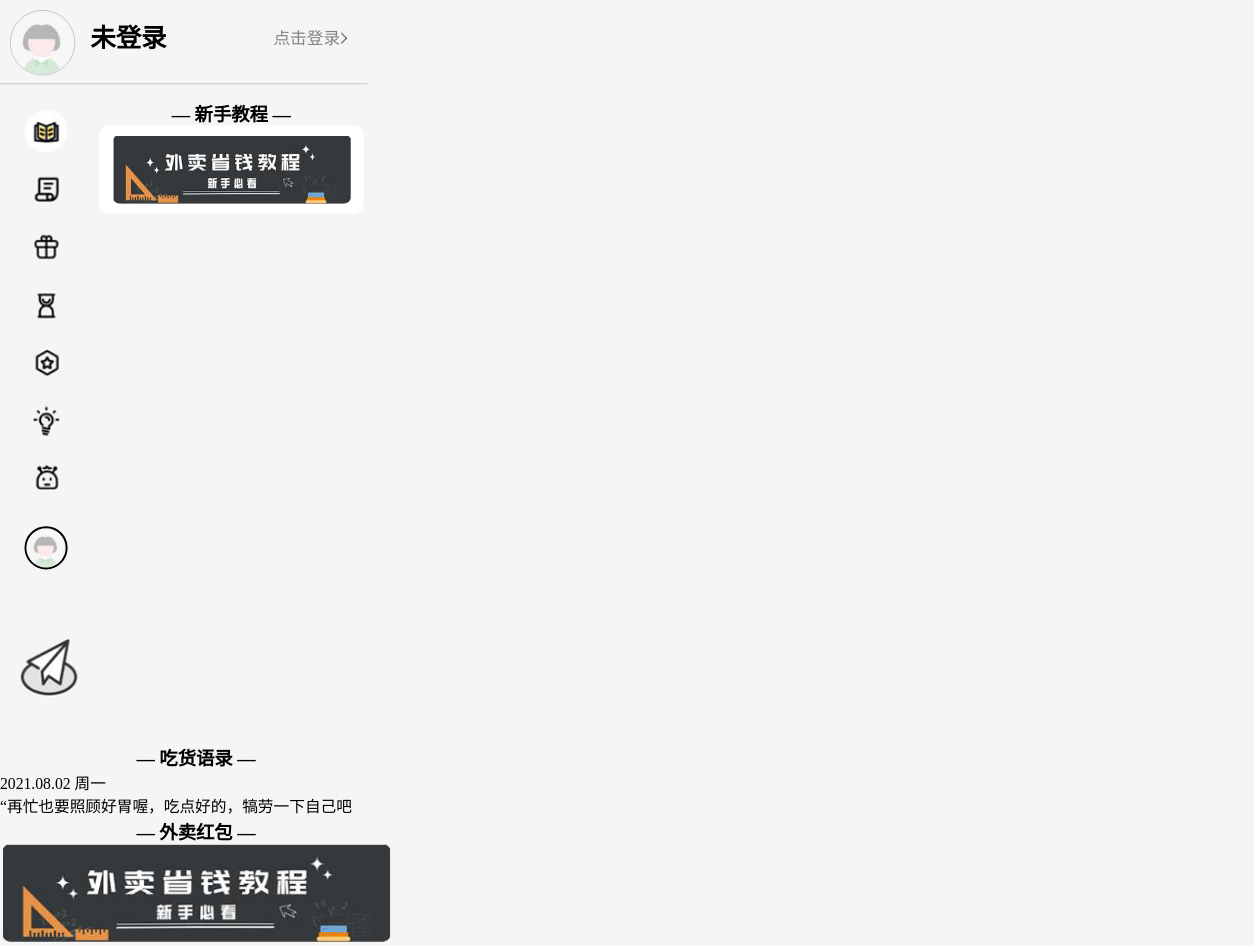
Repository: Privatexiao/projects
Page: Takeout assistant/index.html
The author's editor kept a copy of each file at every save. The page is drawn from the files as they stood at one save, then again after a run of saves.
The browser window is 1280 px wide. The pictures show the whole page, at 98% of full size.

Above is the page before, as saved 2021-08-02 17:02:14.

### Takeout assistant/index.html
<!DOCTYPE html>
<html lang="en">
<head>
    <meta charset="UTF-8">
    <meta http-equiv="X-UA-Compatible" content="IE=edge">
    <meta name="viewport" content="width=device-width, initial-scale=1.0">
    <script src="js/vue.js" type="text/javascript"></script>
    <script src="js/require.js" type="text/javascript"></script>
    <link href="css/index.css"  rel="stylesheet" type="text/css">
    <title>Document</title>
</head>
<body>
    <div id="app">
        <div class="bar">
            <div class="HeadPortrait"><a href="javaScript:"><img :src="userInfo.avatar"></div><span class="NoHeadPortrait">{{NoHeadPortrait}}</span></a>
            <div class="TheLogin">
                <a href="javaScript:">{{HeadPortrait}}<img src="img/Put It away.png"></a>
            </div>
        </div>
        <div class="LeftBar">
            <ul>
                <!-- <li v-for="(item, index) of list"
                    :key="index"
                    :class="{active:index == num}"
                    @click="addClassName(index)"
        >

        <img v-show="num!=index" :class="item.icon" src="img/新手教程.png"></img>
        <img v-show="num==index" :class="item.active" src="img/新手教程two.png"></img>

        <img v-show="num!=index" :class="item.icon" src="img/吃货语录.png"></img>
        <img v-show="num==index" :class="item.active" src="img/吃货语录two.png"></img>

        <img v-show="num!=index" :class="item.icon" src="img/外卖红包.png"></img>
        <img v-show="num==index" :class="item.active" src="img/外卖红包two.png"></img>

        <img v-show="num!=index" :class="item.icon" src="img/饭补活动.png"></img>
        <img v-show="num==index" :class="item.active" src="img/饭补活动two.png"></img>

        <img v-show="num!=index" :class="item.icon" src="img/大作战.png"></img>
        <img v-show="num==index" :class="item.active" src="img/大作战two.png"></img>

        <img v-show="num!=index" :class="item.icon" src="img/今天吃什么.png"></img>
        <img v-show="num==index" :class="item.active" src="img/今天吃什么two.png"></img>

                </li> -->
                <li><a href="#top1"><img src="img/新手教程two.png"></a></li>
                <li><a href="#top2"><img src="img/吃货语录.png"></a></li>
                <li><a href="#top3"><img src="img/外卖红包.png"></a></li>
                <li><a href="#top4"><img src="img/饭补活动.png"></a></li>
                <li><a href="#top5"><img src="img/大作战.png"></a></li>
                <li><a href="#top6"><img src="img/今天吃什么.png"></a></li>
                <li><a href="#top7"><img src="img/客服微信.png"></a></li>
                <li class="fot1"><a href="#top8"><img src="img/头像.png"></a></li>
                <li class="fot2"><a href="#top9"><img src="img/小飞机.png"></a></li>
            </ul>
        </div>

        <div class="TheTutorial"><a name="top1">
            <h3>—&nbsp;新手教程&nbsp;—</h3>
            <div class="xsjc_bj"><img src="img/新手教程nr.png"></div>
        </a></div>

        <div class="VersionQuotation"><a name="top2">
            <h3>—&nbsp;吃货语录&nbsp;—</h3>
            <div class="chyl_bj">
                <p>2021.08.02&nbsp;周一</p>
                <div class="chyl_nr">
                    <p>“再忙也要照顾好胃喔，吃点好的，犒劳一下自己吧</p>
                </div>
        </a></div>

        <div class="take_out"><a name="top3">
            <h3>—&nbsp;外卖红包&nbsp;—</h3>
            <div class="wmhb_bj">
                <img src="img/新手教程nr.png"></div>
        </a></div>
    </div>



    <script>
        let app = new Vue({
            el:'#app',
            data:{
                NoHeadPortrait:"未登录",
                HeadPortrait:"点击登录",
                userInfo:{
                    avatar:'img/头像.png'
                },

    //     list: [
    //     {
    //       icon: "iconfont icon-wode",  //原始显示的图标
    //       active: "iconfont icon-shouye", //点击之后要显示的图标
    //     },
    //     {
    //     icon: "iconfont icon-icon",
    //     active: "iconfont icon-gouwuche",
    //     },
    //     {
    //     icon: "iconfont icon-gouwuche",
    //     active: "iconfont icon-icon",
    //     },
    //     {
    //     icon: "iconfont icon-wode",
    //     active: "iconfont icon-shouye",
    //     }
    // ],
    // num: 0,
    // tabName: ""
    // },
    // methods: {
    // addClassName: function(index) {
    //     console.log(index);
    //     this.num = index;
    // }

            }
        })
    </script>
</body>
</html>

### Takeout assistant/css/index.css
/* 全局配置 */
body{
    width: 375px;
    height: 667px;
    min-width: 375px;
    background-color: rgb(245,245,245);
}
a{
    text-decoration: none;
    color: black;
}
*{
    padding: 0;
    margin: 0;
}
ul,ol{
    list-style: none;
}

/* 上面状态栏 */
.bar {
    width: 100%;
    height: 85px;
    float: left;
    border-bottom: 1px solid rgba(136, 136, 136, 0.438);
}
/* 头像 */
.bar .HeadPortrait img{
    margin: 10px 0 0 10px;
    float: left;
    width: 65px;
    height: 65px;
    border: 1px solid rgba(136, 136, 136, 0.438);
    border-radius: 50%;
}
/* 未登录 */
.bar .NoHeadPortrait{
    float: left;
    font-size: 26px;
    font-weight:bold;
    line-height: 80px;
    margin-left: 15px;
}
/* 点击登录 */
.bar .TheLogin a{
    float: right;
    line-height: 80px;
    font-size: 17px;
    margin-right: 20px;
    color: rgba(114, 114, 114, 0.87);
}

/* 左边图标状态栏 */
.LeftBar{
    margin: 15px 0 15px 15px;
    float: left;
}
.LeftBar ul li{
    margin: 10px 0 10px 10px;
    cursor: pointer;
}
.LeftBar ul li img{
    width: 45px;
    height: 45px;
}
.LeftBar ul .fot1 img{
    width: 40px;
    height: 40px;
    border: 2px solid black;
    border-radius: 50%;
    margin-top: 13px;
}
.LeftBar ul .fot2 img{
    width: 80px;
    height: 80px;
    margin: 45px 10px 10px -15px;
}


/* 新手教程 */
.TheTutorial{
    float: left;
    margin: 15px 1px 10px 1px;
}
/* 新手教程背景白色图片 */
.TheTutorial .xsjc_bj{
    background-color: white;
    width: 270px;
    height: 90px;
    text-align: center;
    border-radius: 10px;
}
/* 新手教程标题 */
.TheTutorial h3,
.VersionQuotation h3,
.take_out h3{
    text-align: center;
}
/* 新手教程内容图片 */
.TheTutorial .xsjc_bj img{
    padding-top: 10px;
    width: 245px;
    height: 70px;
    border-radius: 9px;
}

/* 吃货语录 */
.VersionQuotation{
    float: left;
}
.VersionQuotation chyl_bj{
    background-color: white;
    width: 270px;
    height: 90px;
    text-align: center;
    border-radius: 10px;
}

Loaded but not shown: Takeout assistant/js/vue.js (library); Takeout assistant/js/require.js (2145 lines, source omitted)

After the next 5 saves:
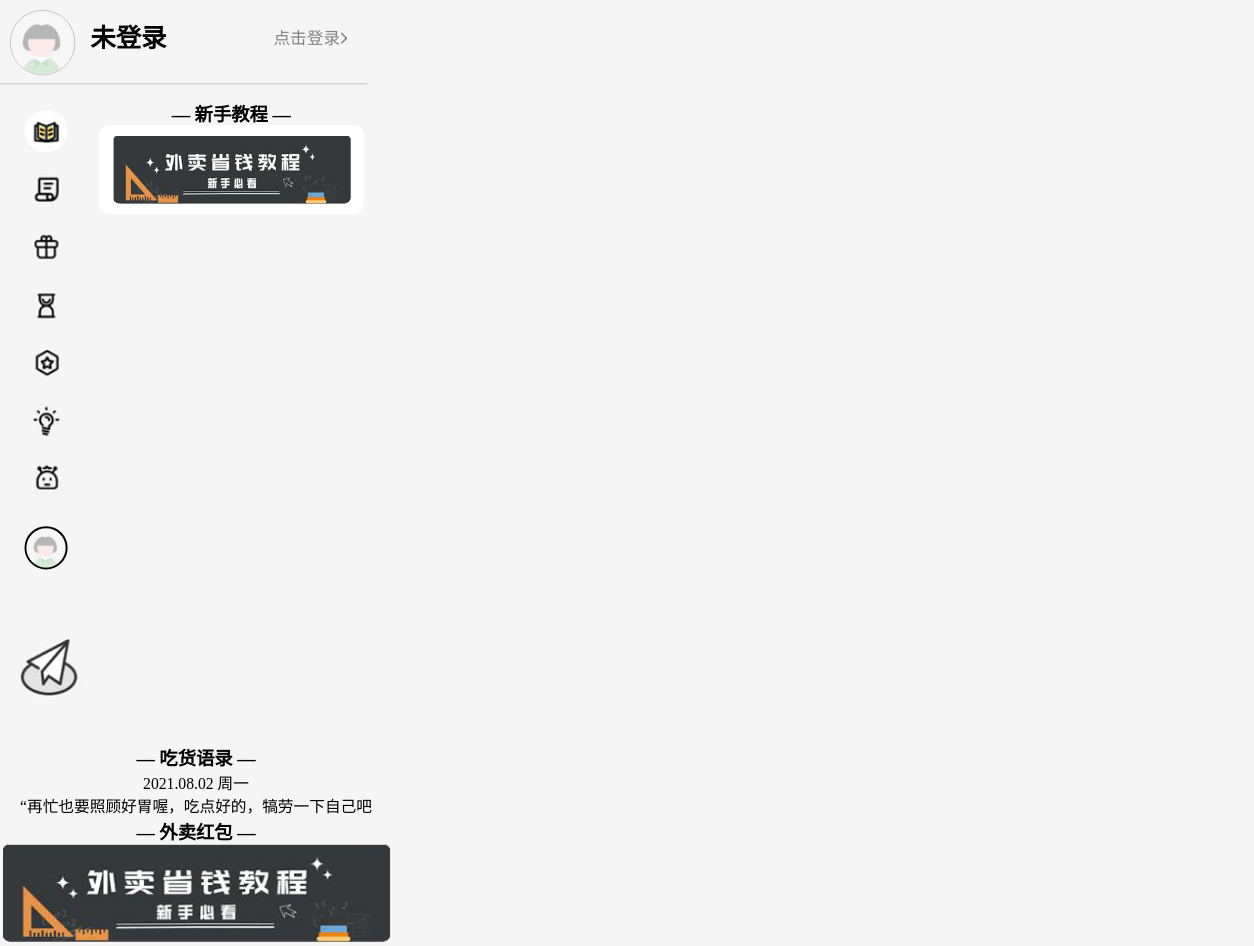
The 5 saves are shown as one change because they came seconds apart.
The last was saved 28 s later.
--- a/Takeout assistant/css/index.css
+++ b/Takeout assistant/css/index.css
@@ -108,6 +108,9 @@ ul,ol{
 .VersionQuotation{
     float: left;
 }
+.VersionQuotation p{
+    text-align: center;
+}
 .VersionQuotation chyl_bj{
     background-color: white;
     width: 270px;
